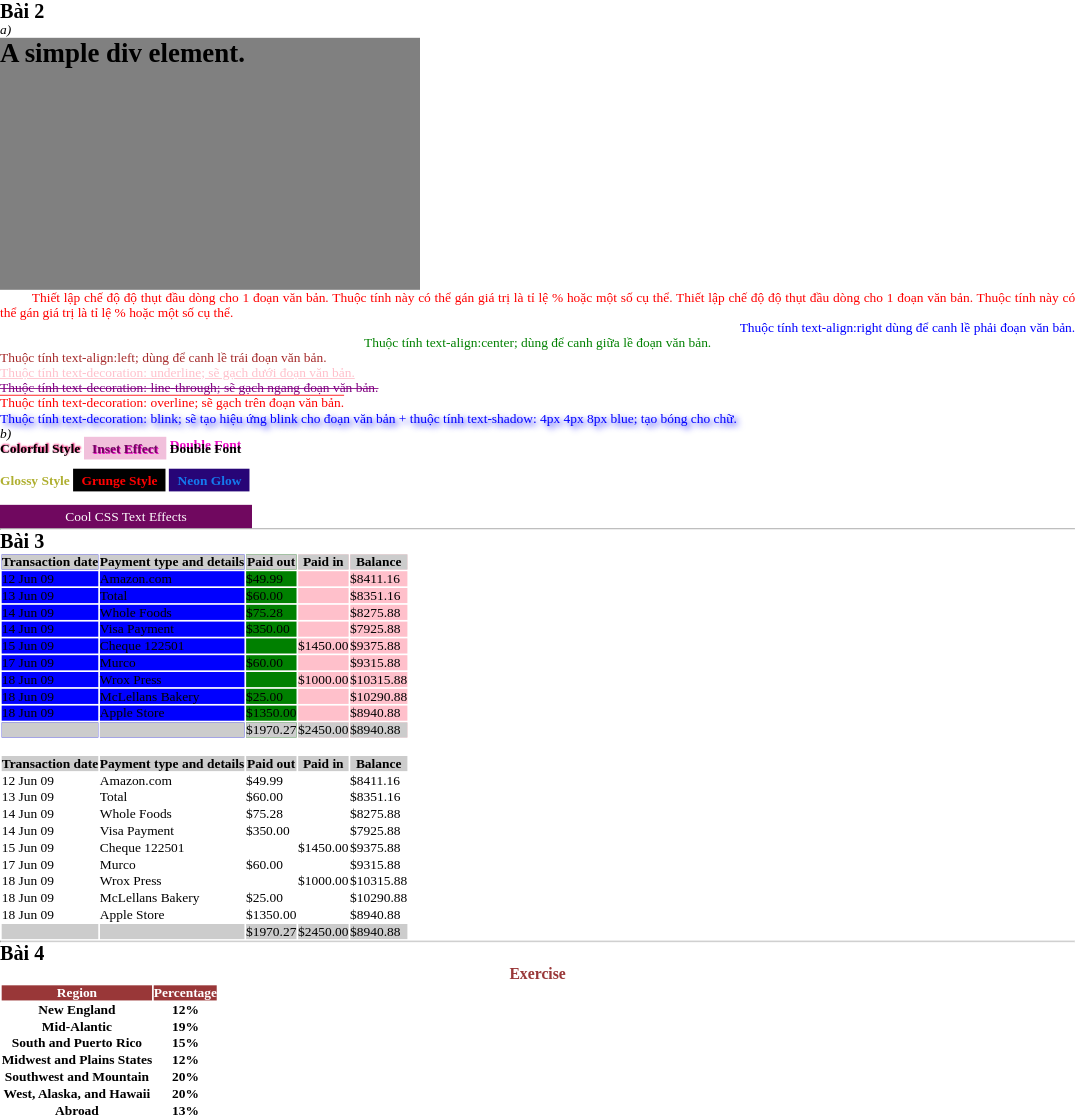
Repository: hoangnguyen1903/STT_21084321_NguyenHuyHoang_DHKHMT17B
Page: html/index.html
An editor plug-in stored every save of this project. The page is shown before and after the next save, followed by the edit.
The browser window is 1280 px wide. The pictures show the whole page, at 84% of full size.

Above is the page before, as saved 2023-03-02 14:29:43.

After the next save:
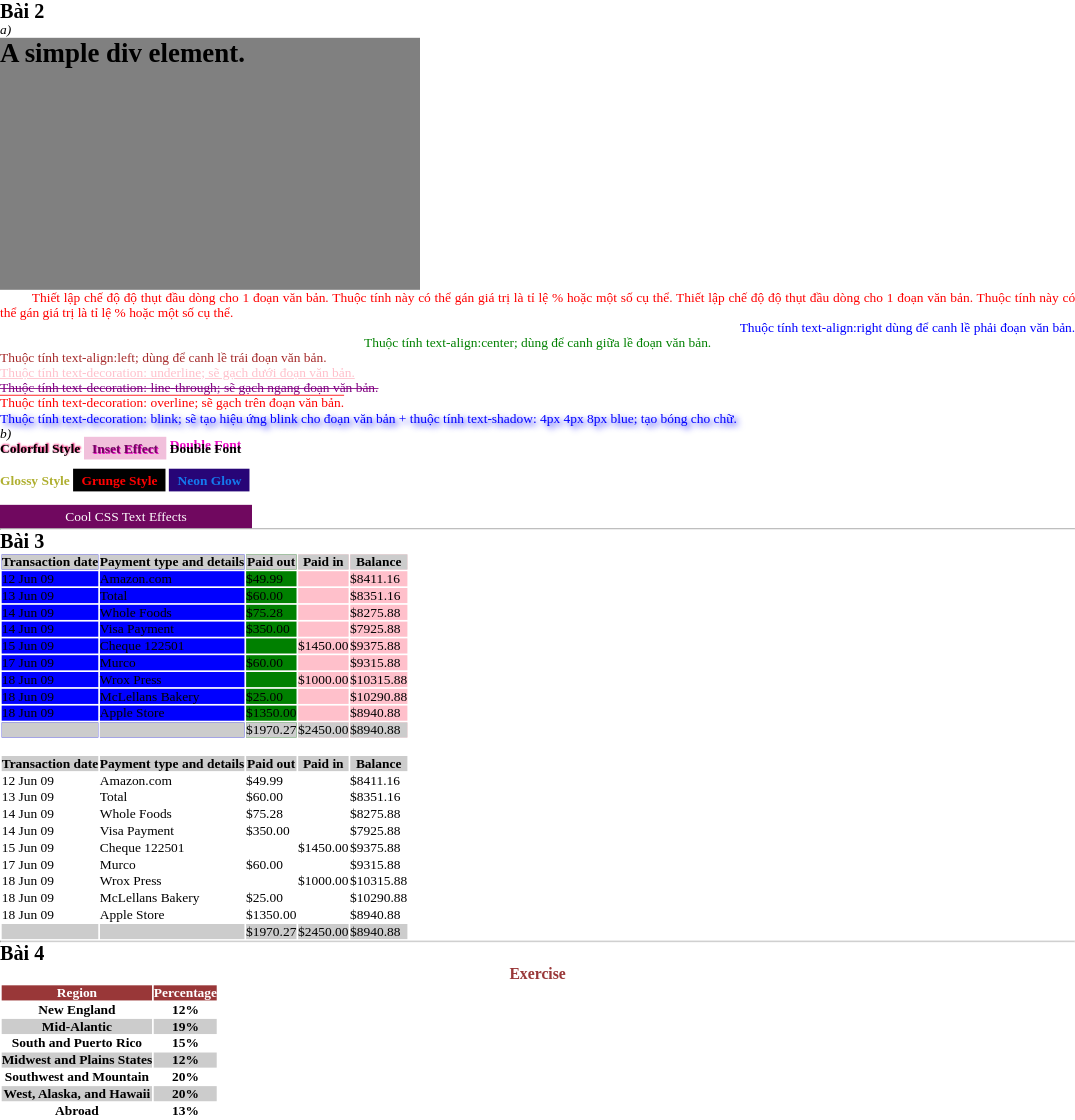
Saved 87 s later.
--- a/html/index.html
+++ b/html/index.html
@@ -30,7 +30,7 @@
         border-bottom: 1px solid #993738;
       }
 
-      #bai4 > table > tbody > tr:nth-child(old) {
+      #bai4 > table > tbody > tr:nth-child(even) {
         color: black;
         background-color: #ccc;
       }
